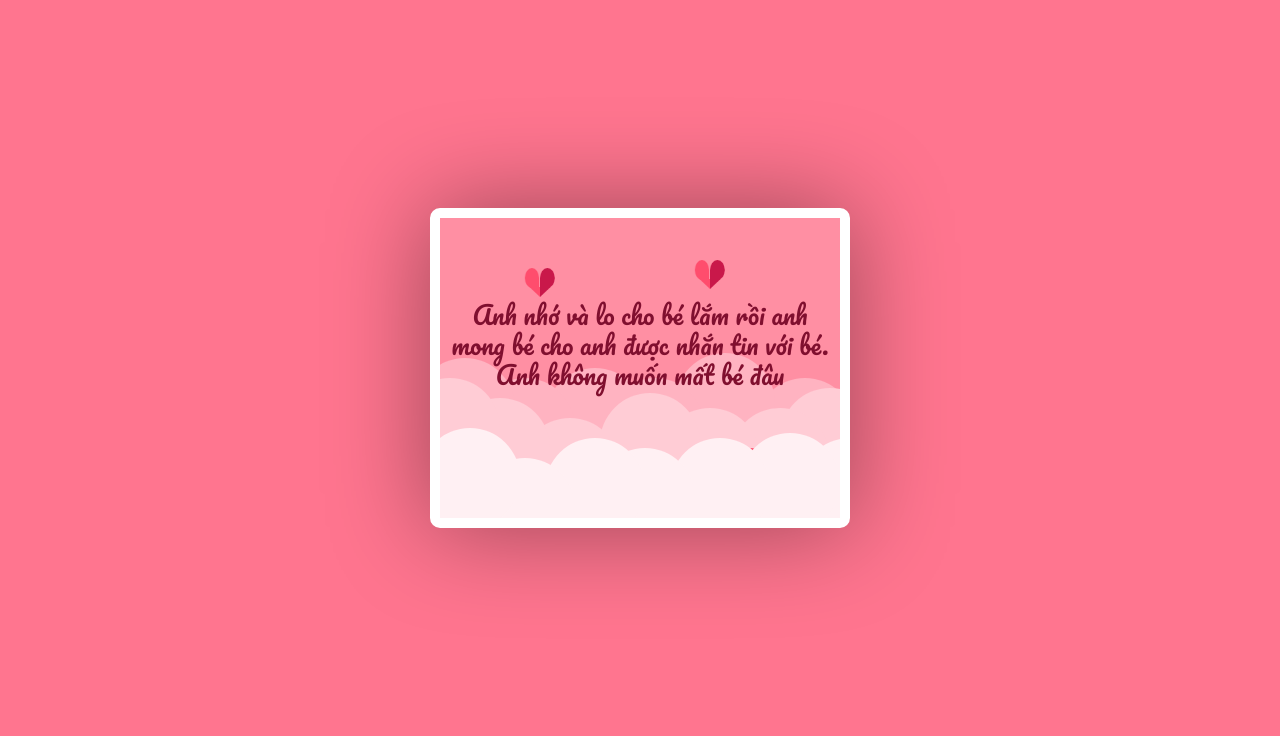
Repository: namtrung123456789/trannamtrung
Page: style.html
An editor plug-in stored every save of this project. The page is shown before and after the next save, followed by the edit.
The browser window is 1280 px wide. The pictures show the whole page.
The pointer rests on the first visible `.text`.

Above is the page before, as saved 2024-07-28 20:22:12.

After the next save:
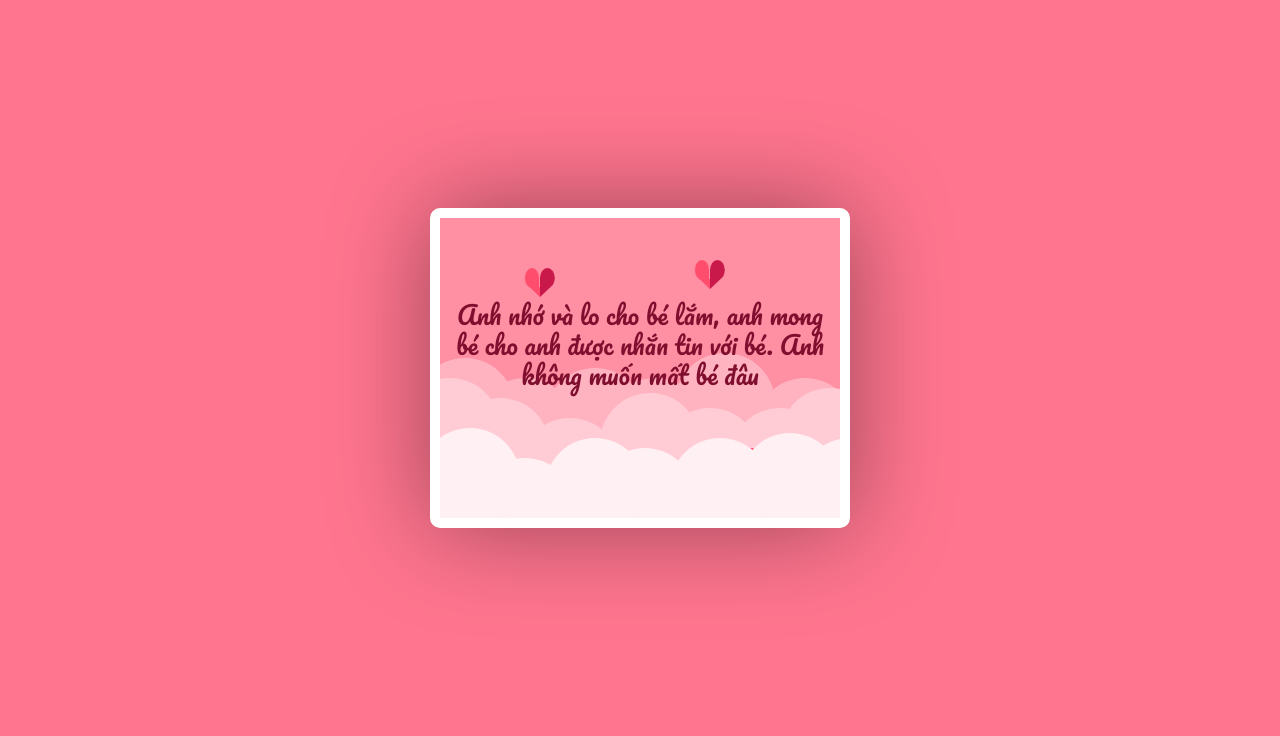
Saved 30 s later.
--- a/main.css
+++ b/main.css
@@ -184,7 +184,7 @@ body {
 }
 
 .text:hover:before {
-  content:"Anh nhớ và lo cho bé lắm rồi anh mong bé cho anh được nhắn tin với bé. Anh không muốn mất bé đâu";
+  content:"Anh nhớ và lo cho bé lắm, anh mong bé cho anh được nhắn tin với bé. Anh không muốn mất bé đâu";
   font-size:25px;
 
 }
